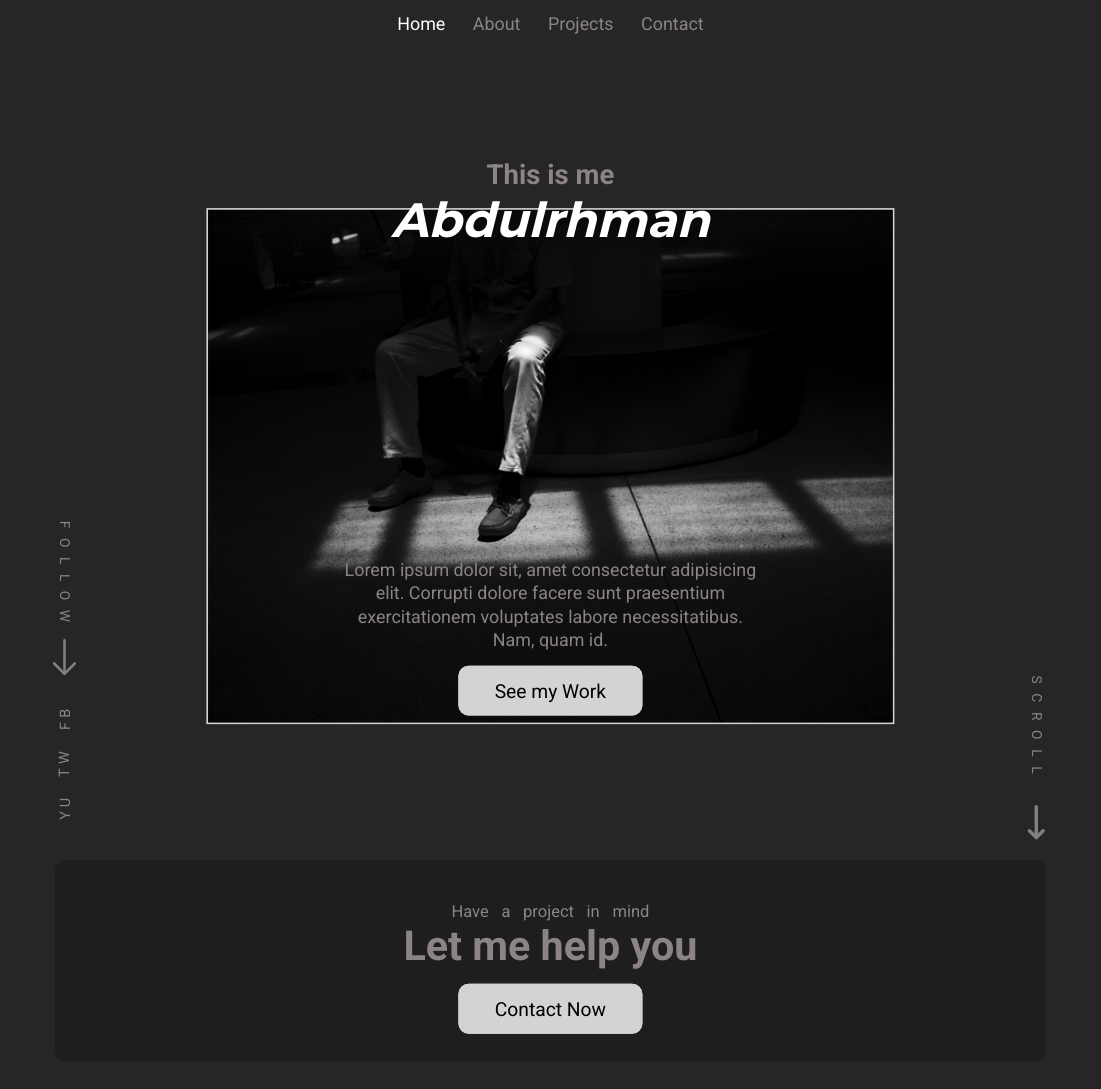
Repository: Abdoulrhman-altyeb/React-Typescript
Page: /
These files come from the project's save history. The page is drawn as it stood at one moment and after the next save; the edit follows.
The browser window is 1280 px wide. The pictures show the whole page, at 86% of full size.
The project was rebuilt for these pictures with package versions that can differ from the ones it lists, and the page was loaded fresh each time. Also part of the build but not shown: src/Pages/Contact.tsx, src/Pages/About.tsx, src/Pages/Projects.tsx.

Above is the page before, as saved 2021-05-18 16:19:15.

After the next save:
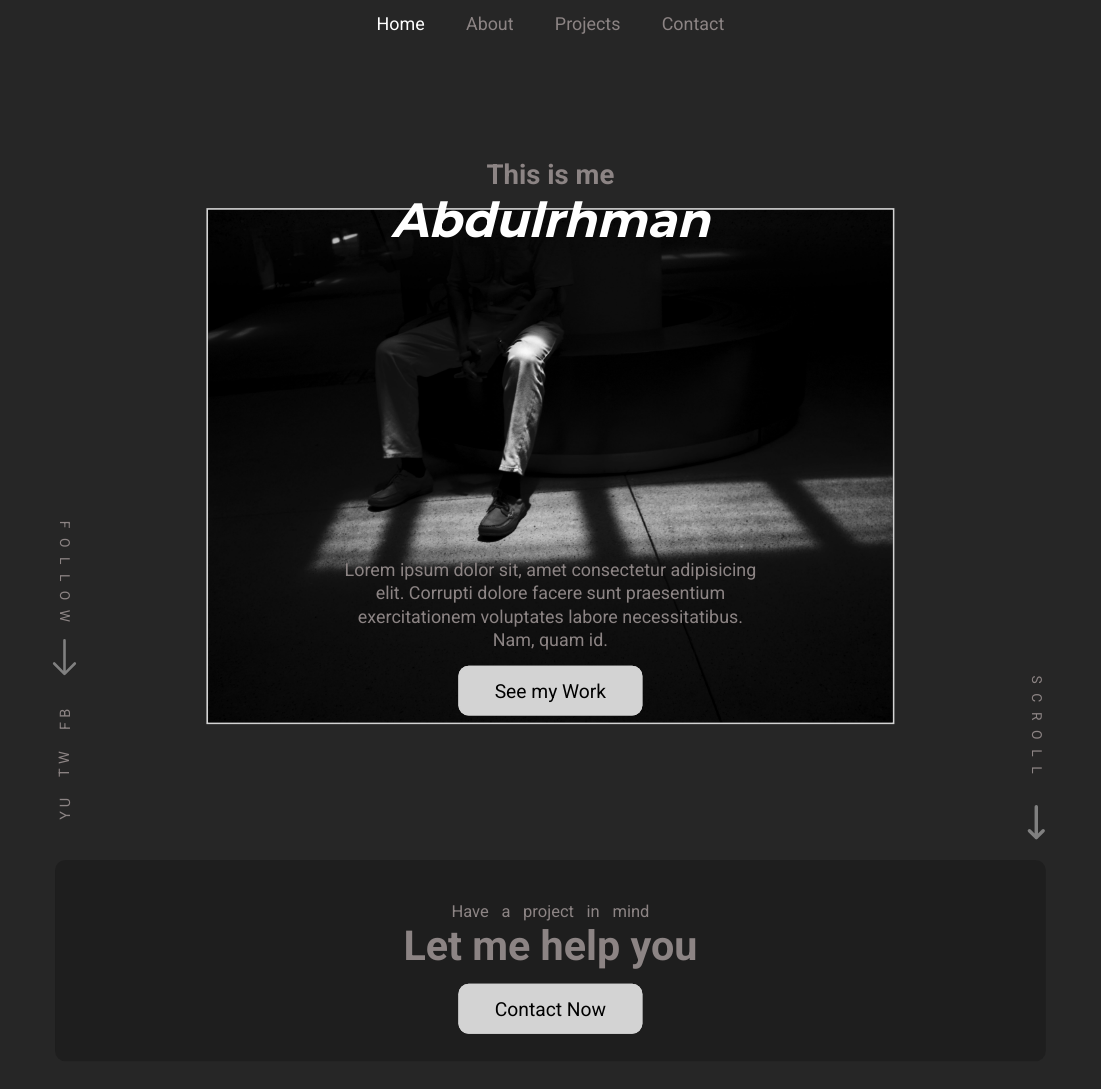
Saved 5 s later.
--- a/src/components/NavBar.tsx
+++ b/src/components/NavBar.tsx
@@ -74,7 +74,7 @@ const NavBarContainer = styled.nav`
     }
     a {
         display:inline-block;
-        padding:1rem 1rem;
+        padding:1rem 1.5rem;
         font-size:1.3rem;
         color:#8c8484;
         transition:0.3s ease color;
